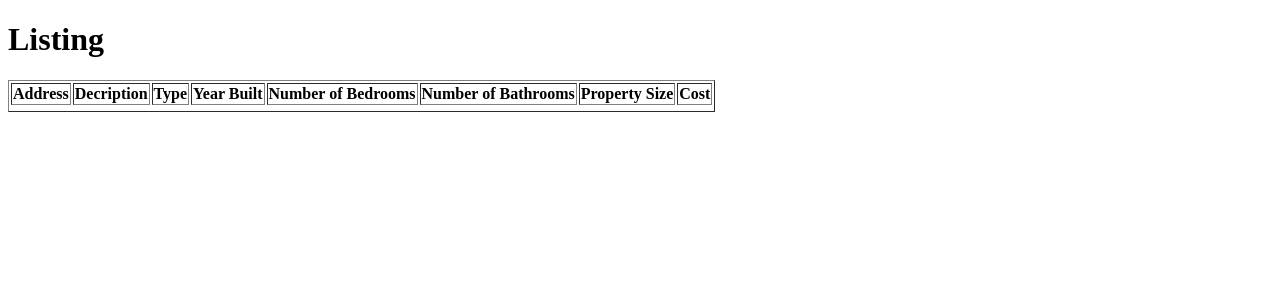
Repository: rickytorrez/test
Page: http://localhost/dcHome/WEB-INF/listing.jsp
The author's editor kept a copy of each file at every save. The page is drawn from the files as they stood at one save, then again after the next save.
The browser window is 1280 px wide. The pictures show the whole page.
The page is served by Tomcat 9. Nobody is signed in. The template is opened directly, without the code that normally fills it, so the values that code supplies are empty.

Above is the page before, as saved 2018-05-31 17:08:30.

After the next save:
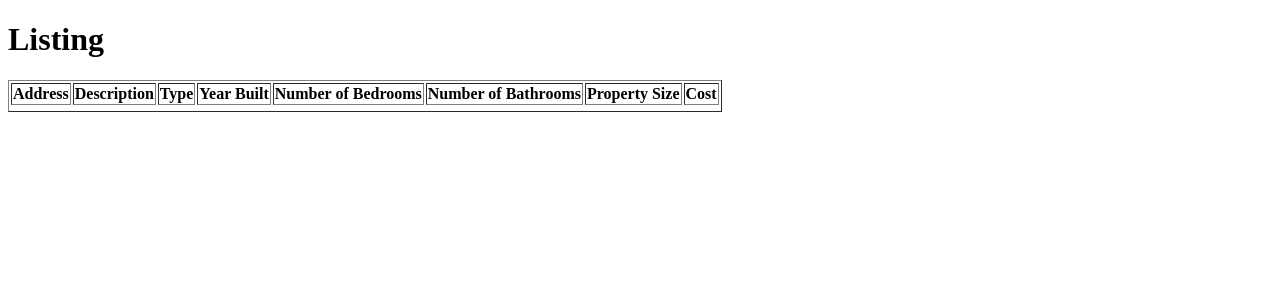
Saved 9 s later.
--- a/dcHome/src/main/webapp/WEB-INF/listing.jsp
+++ b/dcHome/src/main/webapp/WEB-INF/listing.jsp
@@ -15,7 +15,7 @@
 			<table border="1px">
 				<tr>
 					<th>Address</th>
-					<th>Decription</th>
+					<th>Description</th>
 					<th>Type</th>
 					<th>Year Built</th>
 					<th>Number of Bedrooms</th>
